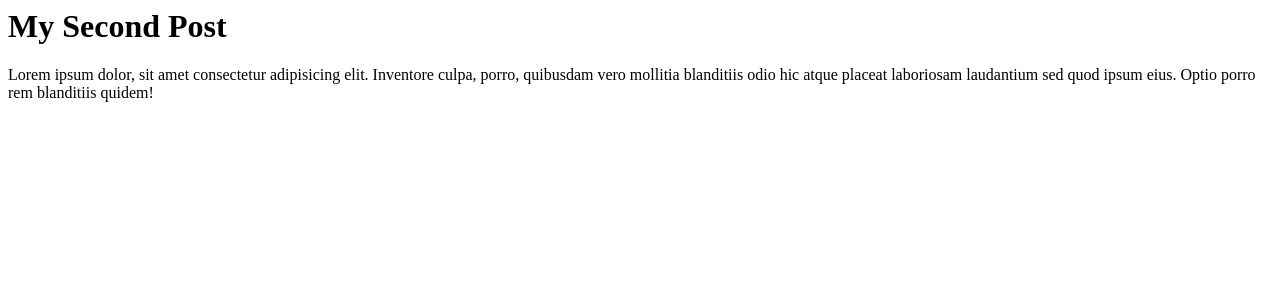
Repository: RaquelAlvarezz/example-app
Page: resources/posts/my-second-post.html
An editor plug-in stored every save of this project. The page is shown before and after the next save, followed by the edit.
The browser window is 1280 px wide. The pictures show the whole page.

Above is the page before, as saved 2022-02-22 09:21:26.

### resources/posts/my-second-post.html

    <h1>My Second Post</h1>
<p>Lorem ipsum dolor, sit amet consectetur adipisicing elit. Inventore culpa, porro, quibusdam vero mollitia blanditiis odio hic atque placeat laboriosam laudantium sed quod ipsum eius. Optio porro rem blanditiis quidem!</p>

After the next save:
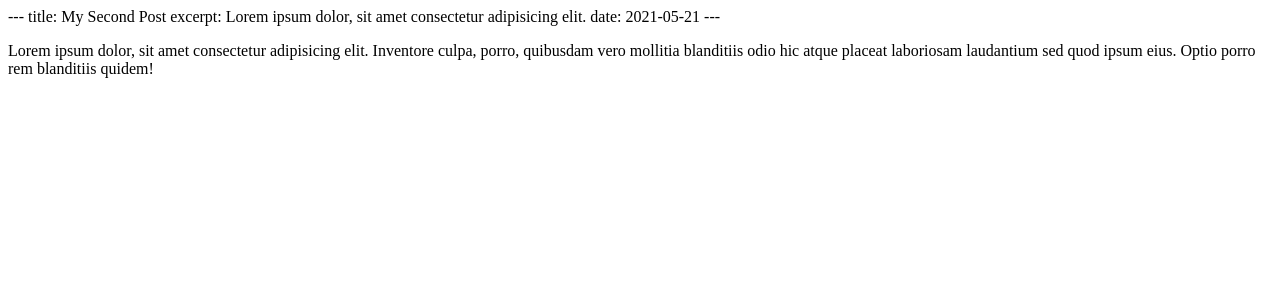
Saved 14 s later.
--- a/resources/posts/my-second-post.html
+++ b/resources/posts/my-second-post.html
@@ -1,3 +1,7 @@
 
-    <h1>My Second Post</h1>
+   ---
+   title: My Second Post
+   excerpt: Lorem ipsum dolor, sit amet consectetur adipisicing elit.
+   date: 2021-05-21
+   ---
 <p>Lorem ipsum dolor, sit amet consectetur adipisicing elit. Inventore culpa, porro, quibusdam vero mollitia blanditiis odio hic atque placeat laboriosam laudantium sed quod ipsum eius. Optio porro rem blanditiis quidem!</p>
